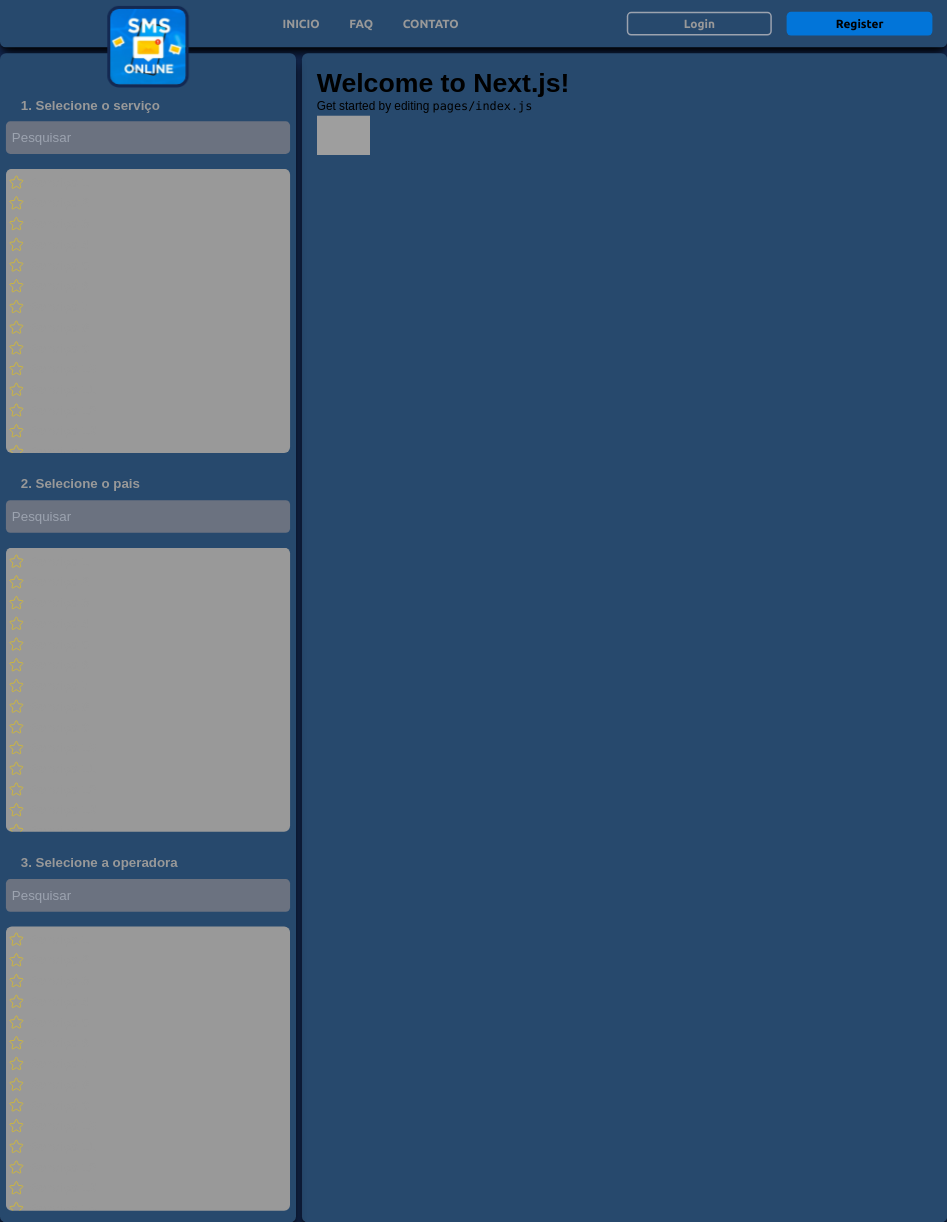
Repository: Felipe-Henrique-Dev/-DIOGO-SMS
Page: /
The author's editor kept a copy of each file at every save. The page is drawn from the files as they stood at one save, then again after the next save.
The browser window is 1280 px wide. The pictures show the whole page, at 74% of full size.
Pictures or frames that could not be fetched are drawn as grey boxes. The project was rebuilt for these pictures with package versions that can differ from the ones it lists, and the page was loaded fresh each time. The framework's server and built-in components were replaced by stand-ins that run in the browser. Also part of the build but not shown: next.config.ts.

Above is the page before, as saved 2024-12-16 22:44:43.

### src/app/layout.tsx
import type { Metadata } from "next";
import "./globals.css";
import Header from "@/components/main/Header";
import Main from "@/components/main/Main";
import WebApp from "@/components/main/WebApp";



export const metadata: Metadata = {
  title: "Create Next App",
  description: "Generated by create next app",
};

export default function RootLayout({
  children,
}: Readonly<{
  children: React.ReactNode;
}>) {
  return (
    <html lang="pt-br">
      <body className={`antialiased`}>
        <Header />
        <Main>
          <WebApp />
          {children}
        </Main>
      </body>
    </html>
  );
}

### src/app/page.tsx
import Section from "@/components/main/Section";
import Image from "next/image";

export default function Home() {
  return (
    <Section>
      <h1 className="text-4xl font-bold text-center">Welcome to Next.js!</h1>
      <p className="text-center">
        Get started by editing <code>pages/index.js</code>
      </p>
      <Image
        src="/vercel.svg"
        alt="Vercel Logo"
        width={72}
        height={16}
      />
    </Section>
  );
}

### src/app/globals.css
@import url('https://fonts.googleapis.com/css2?family=Ubuntu:wght@500;700&display=swap');
@tailwind base;
@tailwind components;
@tailwind utilities;


:root {
  --background: hsl(220, 60%, 20%);
  --background-secondary: hsl(211, 47%, 29%);
  --tertiary: hsl(0, 0%, 60%);
  --primary_text: hsl(0, 0%, 100%);
  --foreground: #171717;
  --color-primary: #000;
  --color-secondary: hsl(208, 98%, 43%);
}


body {
  color: var(--tertiary);
  background: var(--background);
  font-family: Arial, Helvetica, sans-serif;
}

::-webkit-scrollbar {
  width: 8px;
  height: 10px;
}

::-webkit-scrollbar-track {
  background-color: var(--background);
}

::-webkit-scrollbar-thumb {
  background: var(--color-secondary);
  border-radius: 10px;
}

::-webkit-scrollbar-thumb:hover {
  background-color: var(--color-highlight-hover);
}

### src/components/main/Header.tsx
import React from "react";
import { Button } from "./Button";


export default function Header() {
  return (
    <header className="h-16 bg-background_secondary shadow-lg shadow-black max-w-screen-2xl m-auto top-0 items-center justify-between  flex rounded-b-lg px-5 z-[99] ">
        <span className="text-white text-lg w-1/4 font-bold"></span>
        <nav className="flex gap-10 uppercase font-bold font-ubuntu w-1/3 items-start ">
            <a href="#" className="">Inicio</a>
            <a href="#" className="">FAQ</a>
            <a href="#" className="">Contato</a>
        </nav>
        <div className="container flex justify-between items-center w-1/3 gap-5">
            <Button type="button" size="sm" className="text-tertiary" isLoading={false} bgColor="none">Login</Button>
            <Button type="button" size="sm" isLoading={false} bgColor="primary">
                Register
            </Button>
        </div>
    </header>
  );
}

### src/components/main/Main.tsx
import React from "react";

export default function Main({
  children,
}: Readonly<{
  children: React.ReactNode;
}>) {
  return (
    <main className="container max-w-screen-2xl mx-auto flex pt-2 gap-2 ">
      {children}
    </main>
  );
}

### src/components/main/WebApp.tsx
'use client'
import React from "react";
import { Input } from "./Input";
import { useForm } from "react-hook-form"
import Image from "next/image";
export default function WebApp() {
  const [selectService, setSelectService] = React.useState<{ title: string; valor: number; numberDispobilize: number; id: string } | null>(null);
  const [selectCountry, setSelectCountry] = React.useState<{ title: string; valor: number; numberDispobilize: number; id: string } | null>(null);
  const [selectOperator, setSelectOperator] = React.useState<{ title: string; valor: number; numberDispobilize: number; id: string } | null>(null);

  return (
    <aside className="min-w-[25rem] min-h-[90svh] shadow-lg shadow-black bg-background_secondary text-pri sticky left-0 top-[4.5rem] rounded-lg flex flex-col p-2 gap-5  pt-14 z-[999]">
      <Image src="/logo.webp" alt="Logo" width={110} height={110} className="rounded-2xl absolute -top-16 transform -translate-x-1/2 left-1/2 z-[99] border-4 border-background " />
      <Container subTitle="1. Selecione o serviço" list={list} select={selectService} setSelect={setSelectService} />
      <Container subTitle="2. Selecione o pais" list={list} select={selectCountry} setSelect={setSelectCountry} />
      <Container subTitle="3. Selecione a operadora" list={list} select={selectOperator} setSelect={setSelectOperator} />
    </aside>
  );
}


const Container = ({
  list,
  subTitle,
  select,
  setSelect
}: {
  subTitle: string;
  select?: { title: string; valor: number; numberDispobilize: number; id: string } | null;
  setSelect: React.Dispatch<React.SetStateAction<{ title: string; valor: number; numberDispobilize: number; id: string } | null>>;
  list: { title: string; valor: number; numberDispobilize: number; id: string }[];
}) => {
  const { register, watch } = useForm();
  const filter = (watch("filter") || "").toLowerCase();
  const [favorites, setFavorites] = React.useState<string[]>([]);
  const [loading, setLoading] = React.useState<boolean>(true);

  React.useEffect(() => {
    const storedFavorites = JSON.parse(localStorage.getItem("favorites") || "[]");
    setFavorites(storedFavorites);
    setLoading(false);
  }, []);

  const setFavoriteInStorage = (item: string) => {
    const newFavorites = favorites.includes(item)
      ? favorites.filter(favorite => favorite !== item)
      : [...favorites, item];

    setFavorites(newFavorites);
    localStorage.setItem("favorites", JSON.stringify(newFavorites));
  };

  // Primeiro filtrar e ordenar a lista antes do map
  const filteredAndSortedList = React.useMemo(() => {
    return list
      .filter(item => item.title.toLowerCase().includes(filter))
      .sort((a, b) => {
        const aFav = favorites.includes(a.id);
        const bFav = favorites.includes(b.id);
        if (aFav && !bFav) return -1;
        if (!aFav && bFav) return 1;
        return 0;
      });
  }, [list, filter, favorites]);

  if (loading) return <div>Carregando...</div>;

  return (
    <div className="flex flex-col gap-2  ">
      <span className="text-lg font-bold w-full text-start px-5">{subTitle}</span>
      {
        select ?
          <div className="flex w-full bg-slate-300 rounded-lg h-10 items-center justify-start px-5 gap-5 ">
            <button onClick={() => setSelect(null)} className="flex items-center justify-center gap-2 h-8 min-w-8 rounded-xl border-red-500 border-[1px] text-black">X</button>
            <span className="text-lg font-bold min-w-8 h-8 rounded-full text-center bg-white ">I</span>
            <span className="text-lg font-bold w-auto text-center">{select.title}</span>
          </div>
        :
        <>
          <Input type="text" placeholder="Pesquisar" size="lg" register={register("filter")} />
          <div className="h-96 bg-tertiary w-full my-2 overflow-x-auto scroll-smooth rounded-lg p-1 ">
            {filteredAndSortedList.map((item) => (
              <div className="w-full flex items-center justify-start gap-2" key={item.id}>
                <Stars
                  stars={favorites.includes(item.id)}
                  setFavorite={() => setFavoriteInStorage(item.id)}
                />
                <button className="flex flex-col" onClick={() => setSelect(item)}>
                  <span className="text-lg font-bold w-full text-center">{item.title}</span>
                </button>
              </div>
            ))}
          </div>
        </>
      }
    </div>
  );
};



const list = [
  {
    id: "1",
    title: "Serviço 1",
    valor: 10.00,
    numberDispobilize: 6000,
  },
  {
    id: "2",
    title: "Serviço 2",
    valor: 20.00,
    numberDispobilize: 5000,
  },
  {
    id: "3",
    title: "Serviço 3",
    valor: 30.00,
    numberDispobilize: 4000,
  },
  {
    id: "4",
    title: "Serviço 4",
    valor: 40.00,
    numberDispobilize: 3000,
  },
  {
    id: "5",
    title: "Serviço 5",
    valor: 50.00,
    numberDispobilize: 2000,
  },
  {
    id: "6",
    title: "Serviço 6",
    valor: 60.00,
    numberDispobilize: 1000,
  },
  {
    id: "7",
    title: "Serviço 7",
    valor: 70.00,
    numberDispobilize: 900,
  },
  {
    id: "8",
    title: "Serviço 8",
    valor: 80.00,
    numberDispobilize: 800,
  },
  {
    id: "9",
    title: "Serviço 9",
    valor: 90.00,
    numberDispobilize: 700,
  },
  {
    id: "10",
    title: "Serviço 10",
    valor: 100.00,
    numberDispobilize: 600,
  },
  {
    id: "11",
    title: "Serviço 11",
    valor: 110.00,
    numberDispobilize: 500,
  },
  {
    id: "12",
    title: "Serviço 12",
    valor: 120.00,
    numberDispobilize: 400,
  },
  {
    id: "13",
    title: "Serviço 13",
    valor: 130.00,
    numberDispobilize: 300,
  },
  {
    id: "14",
    title: "Serviço 14",
    valor: 140.00,
    numberDispobilize: 200,
  },
  {
    id: "15",
    title: "Serviço 15",
    valor: 150.00,
    numberDispobilize: 100,
  }
];

const Stars = ({stars, setFavorite} : {stars: boolean, setFavorite: () => void}) => {
  return (
      <>
          {
              !stars?
              <svg width="20" height="20" viewBox="0 0 13 12" fill="none" xmlns="http://www.w3.org/2000/svg" onClick={setFavorite} className="cursor-pointer" >
                  <path d="M6.49956 9.51326L9.26623 11.1866C9.77289 11.4933 10.3929 11.0399 10.2596 10.4666L9.52623 7.31992L11.9729 5.19993C12.4196 4.81326 12.1796 4.07993 11.5929 4.03326L8.37289 3.75993L7.11289 0.786592C6.88623 0.246592 6.11289 0.246592 5.88623 0.786592L4.62623 3.75326L1.40623 4.02659C0.81956 4.07326 0.57956 4.80659 1.02623 5.19326L3.47289 7.31326L2.73956 10.4599C2.60623 11.0333 3.22623 11.4866 3.73289 11.1799L6.49956 9.51326Z" fill="none" stroke="#EFC900" strokeWidth="0.5"/>
              </svg>
              :
              <svg width="20" height="20" viewBox="0 0 13 12" fill="none" xmlns="http://www.w3.org/2000/svg" onClick={setFavorite} className="cursor-pointer">
                  <path d="M6.49956 9.51326L9.26623 11.1866C9.77289 11.4933 10.3929 11.0399 10.2596 10.4666L9.52623 7.31992L11.9729 5.19993C12.4196 4.81326 12.1796 4.07993 11.5929 4.03326L8.37289 3.75993L7.11289 0.786592C6.88623 0.246592 6.11289 0.246592 5.88623 0.786592L4.62623 3.75326L1.40623 4.02659C0.81956 4.07326 0.57956 4.80659 1.02623 5.19326L3.47289 7.31326L2.73956 10.4599C2.60623 11.0333 3.22623 11.4866 3.73289 11.1799L6.49956 9.51326Z" fill="#EFC900"/>
              </svg>
          }
      </>
  );
}

### src/components/main/Section.tsx
import { cn } from "@/lib/utils";
import React from "react";

export default function Section({
  children,
  className
}: Readonly<{
  children: React.ReactNode;
  className?: string;
}>) {
  return (
    <section className={cn(
      "p-5 flex flex-col min-h-[90svh] bg-background_secondary w-full text-black items-start justify-start rounded-lg shadow-lg shadow-black",
      className
    )}>
      {children}
    </section>
  );
}

### src/components/main/Button.tsx
/* eslint-disable @typescript-eslint/no-explicit-any */
import { cn } from "@/lib/utils";
import React from "react";

export const Button = ({
    className,
    size = "md",
    onClick,
    children,
    type,
    isLoading,
    bgColor = "primary",
}:{
    type: 'button' | 'submit' | 'reset';
    onClick?: (event: React.MouseEvent<HTMLButtonElement>) => void;
    className?: string;
    children: React.ReactNode;
    size?: "sm" | "md" | "lg";
    isLoading: boolean;
    bgColor?: "primary" | "secondary" | "danger" | "none";
}) => {

    const sizes = {
        sm: "w-1/2 h-8 text-base",
        md: "w-3/4 h-10 text-lg",
        lg: "w-full h-14 text-xl",
    };

    const bgColors = {
        primary: "bg-secondary text-black",
        secondary: "bg-gray-500 text-white",
        danger: "bg-red-500 text-white",
        none: "bg-transparent text-black border-gray-400 border-2 "
    };

    return (
        <button
            type={type}
            onClick={onClick}
            className={cn(
                "p-2 rounded-md relative flex items-center justify-center font-bold font-ubuntu hover:scale-105 transition-transform duration-300",
                bgColors[bgColor],
                sizes[size],
                className
            )}
            disabled={isLoading}
        >
            {
                isLoading ? loading() : children
            }
        </button>
    );
}


const loading = () => {
    return (
        <div className="absolute inset-0 bg-gray-300 bg-opacity-50 flex items-center justify-center">
            <div className="animate-spin rounded-full h-12 w-12 border-t-2 border-b-2 border-gray-900"></div>
        </div>
    );
}

### src/components/main/Input.tsx
/* eslint-disable @typescript-eslint/no-unused-vars */
/* eslint-disable @typescript-eslint/no-explicit-any */
import { cn } from "@/lib/utils";
import React from "react";

export const Input = ({
    type,
    placeholder,
    classNameSpan,
    classNameLabel,
    classNameInput,
    label,
    size = "md",
    icon,
    register,
    bgColor = "secondary",
    labelIsHidden = false,
    name
}:{
    type: 'text' | 'password' | 'email';
    placeholder: string;
    classNameSpan?: string;
    classNameLabel?: string;
    classNameInput?: string;
    size?: "sm" | "md" | "lg";
    icon?: React.ReactNode;
    register?: any;
    label?: string;
    bgColor?: "primary" | "secondary" | "danger" | "none";
    labelIsHidden?: boolean;
    name?: string;
}) => {

    const sizes = {
        sm: "w-1/2 h-8 text-sm",
        md: "w-3/4 h-10 text-base",
        lg: "w-full h-12 text-lg",
    };

    const bgColors = {
        primary: "bg-blue-500 text-white",
        secondary: "bg-gray-500 text-white",
        danger: "bg-red-500 text-white",
        none: "bg-transparent text-black border-gray-300 border-2"
    };


    return (
        <span className={cn(
                "relative flex flex-col",
                sizes[size],
                classNameSpan,
        )}>
            {
                labelIsHidden &&
                <label className={cn(
                    classNameLabel
                )} >
                    {label}
                </label>
            }
            <input
                type={type}
                placeholder={placeholder}
                {...register}
                className={cn(
                    "p-2 rounded-md relative w-full",
                    classNameInput,
                    bgColors[bgColor]
                )}
            />
            {icon}
        </span>

    );
}

### tailwind.config.ts
import type { Config } from "tailwindcss";

export default {
  content: [
    "./src/pages/**/*.{js,ts,jsx,tsx,mdx}",
    "./src/components/**/*.{js,ts,jsx,tsx,mdx}",
    "./src/app/**/*.{js,ts,jsx,tsx,mdx}",
  ],
  theme: {
    extend: {
      colors: {
        background: "var(--background)",
        foreground: "var(--foreground)",
        background_secondary: "var(--background-secondary)",
        primary: "var(--primary)",
        secondary: "var(--color-secondary)",
        tertiary: "var(--tertiary)",

      },
      background : {
        background: "var(--background)",
        background_secondary: "var(--background-secondary)",
        foreground: "var(--foreground)",
      },
      fontFamily: {
        ubuntu: ["Ubuntu", "sans-serif"],
      },
    },
  },
  plugins: [],
} satisfies Config;


// .ubuntu-light {
//   font-family: "Ubuntu", sans-serif;
//   font-weight: 300;
//   font-style: normal;
// }

// .ubuntu-regular {
//   font-family: "Ubuntu", sans-serif;
//   font-weight: 400;
//   font-style: normal;
// }

// .ubuntu-medium {
//   font-family: "Ubuntu", sans-serif;
//   font-weight: 500;
//   font-style: normal;
// }

// .ubuntu-bold {
//   font-family: "Ubuntu", sans-serif;
//   font-weight: 700;
//   font-style: normal;
// }

// .ubuntu-light-italic {
//   font-family: "Ubuntu", sans-serif;
//   font-weight: 300;
//   font-style: italic;
// }

// .ubuntu-regular-italic {
//   font-family: "Ubuntu", sans-serif;
//   font-weight: 400;
//   font-style: italic;
// }

// .ubuntu-medium-italic {
//   font-family: "Ubuntu", sans-serif;
//   font-weight: 500;
//   font-style: italic;
// }

// .ubuntu-bold-italic {
//   font-family: "Ubuntu", sans-serif;
//   font-weight: 700;
//   font-style: italic;
// }

Loaded but not shown: src/lib/utils.ts (common file)

After the next save:
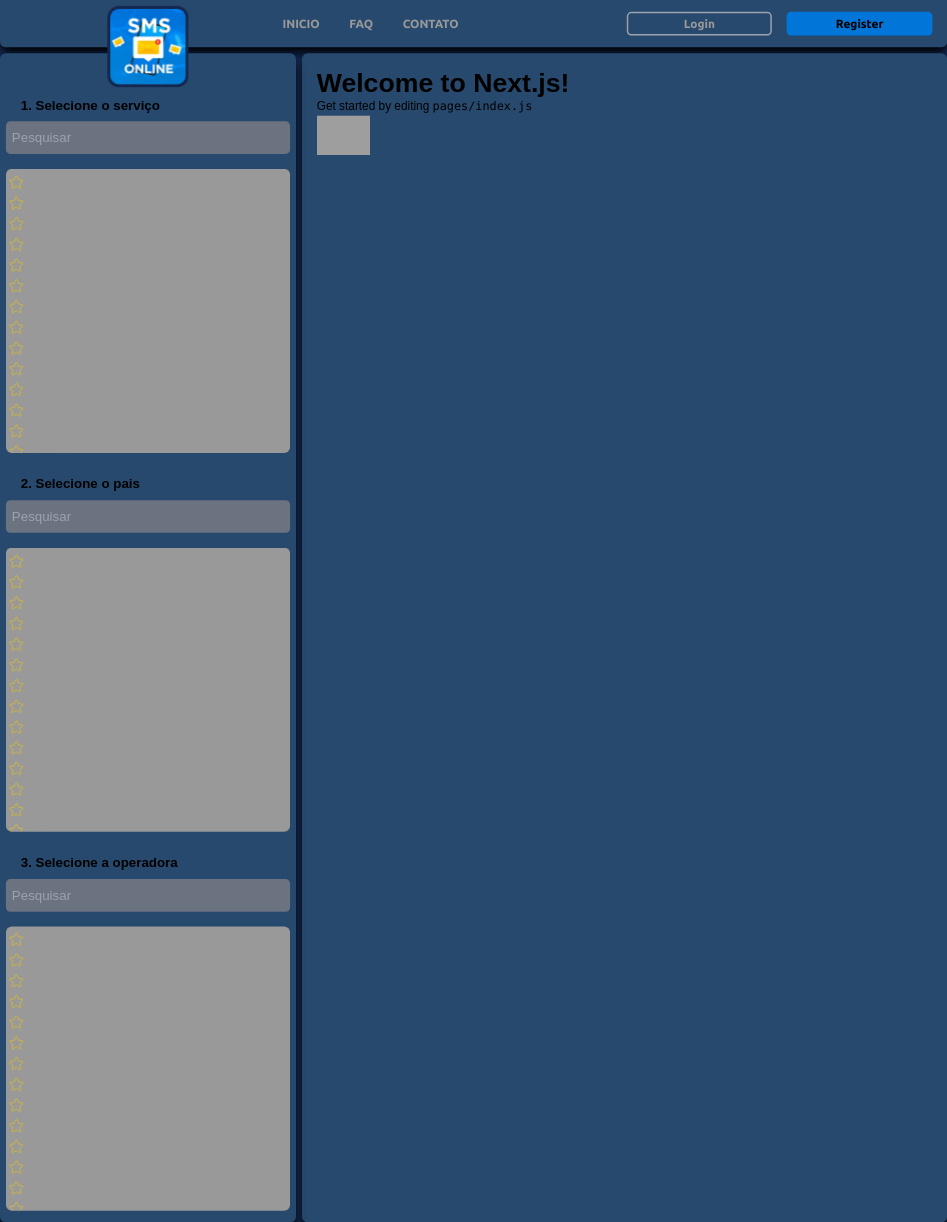
Saved 28 s later.
--- a/src/components/main/WebApp.tsx
+++ b/src/components/main/WebApp.tsx
@@ -67,7 +67,7 @@ const Container = ({
 
   return (
     <div className="flex flex-col gap-2  ">
-      <span className="text-lg font-bold w-full text-start px-5">{subTitle}</span>
+      <span className="text-lg font-bold w-full text-start px-5 text-black">{subTitle}</span>
       {
         select ?
           <div className="flex w-full bg-slate-300 rounded-lg h-10 items-center justify-start px-5 gap-5 ">
